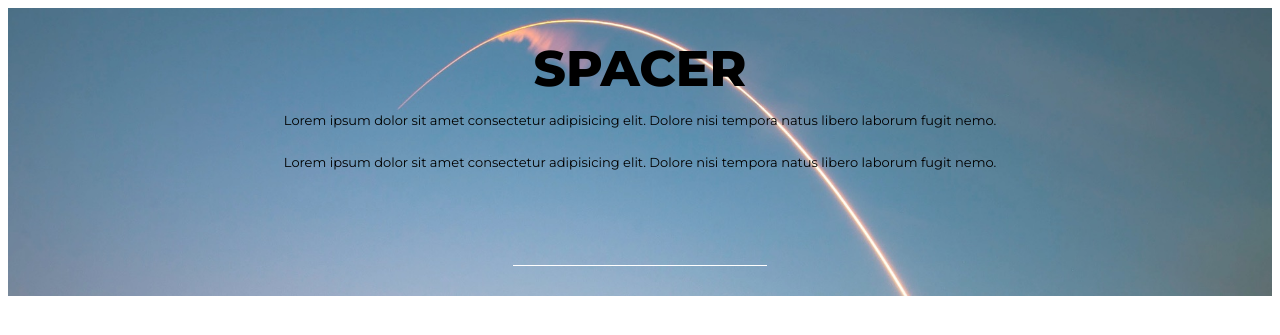
Repository: Trelefele/spacer-roman
Page: /
An editor plug-in stored every save of this project. The page is shown before and after the next save, followed by the edit.
The browser window is 1280 px wide. The pictures show the whole page.
The project was rebuilt for these pictures with package versions that can differ from the ones it lists, and the page was loaded fresh each time.

Above is the page before, as saved 2019-02-03 19:20:02.

### public/index.html
<!DOCTYPE html>
<html lang="en">
  <head>
    <meta charset="utf-8">
    <meta http-equiv="X-UA-Compatible" content="IE=edge">
    <meta name="viewport" content="width=device-width,initial-scale=1.0">
    <link rel="icon" href="<%= BASE_URL %>favicon.ico">
    <!-- <script src="https://unpkg.com/axios/dist/axios.min.js"></script> -->
    <title>spacer-roman</title>
  </head>
  <body>
    <noscript>
      <strong>We're sorry but spacer-roman doesn't work properly without JavaScript enabled. Please enable it to continue.</strong>
    </noscript>
    <div id="app"></div>
    <!-- built files will be auto injected -->
  </body>
</html>

### src/App.vue
<template>
  <div class="app">
    <router-view/>
  </div>
</template>

<style lang="scss" scoped >
@import url('https://fonts.googleapis.com/css?family=Montserrat:300,400,600,800');

* {
  box-sizing: border-box;
  font-family: 'Montserrat', sans-serif;
}

</style>

### src/router.js
import Vue from 'vue';
import Router from 'vue-router';
// import Claim from './components/Claim.vue';
import Search from './views/Search.vue';
// import SearchInput from './components/SearchInput.vue';


Vue.use(Router);

export default new Router({
//   mode: 'history',
//   base: process.env.BASE_URL,
  routes: [
    {
      path: '/',
      name: 'Search',
      component: Search,
    },
  ],
});

### src/views/Search.vue
<template>
  <div class="searchWrapper">
    <Claim/>
    <SearchInput/>
  </div>
</template>

<script>
import axios from 'axios';
import debounce from 'lodash.debounce';
import Claim from '@/components/Claim.vue';
import SearchInput from '@/components/SearchInput.vue';

const API = 'https://images-api.nasa.gov/search';

export default {
  name: 'Search',
  components: {
    Claim,
    SearchInput,
  },
  data() {
    return {
      searchValue: '',
      results: [],
    };
  },
  methods: {
    // eslint-disable-next-line
    handleInput: debounce(function(){
      axios.get(`${API}?q=${this.searchValue}&media_type=image`)
        .then((response) => {
          // this.results = response.data.collection.items;
          this.results = response.data.collection.items;
        })
        .catch((error) => {
          console.log(error);
        });
    }, 500),
  },
};
</script>

<style lang="scss" scoped>
    .searchWrapper {
        display: flex;
        flex-direction: column;
        align-items: center;
        margin: 0;
        padding: 30px;
        width: 100%;
        background-image: url('../assets/heroimage.jpg');
        background-repeat: no-repeat;
        background-size: cover;
    }
</style>

### src/components/Claim.vue
<template>
    <div class="claimWrapper">
        <h1 class="claim">SPACER</h1>
        <p class="subclaim">
            Lorem ipsum dolor sit amet consectetur adipisicing elit.
            Dolore nisi tempora natus libero laborum fugit nemo.
        </p>
        <p class="subclaim">
            Lorem ipsum dolor sit amet consectetur adipisicing elit.
            Dolore nisi tempora natus libero laborum fugit nemo.
        </p>
    </div>
</template>

<script>

export default {
  name: 'Claim',
};

</script>

<style lang="scss" scoped>

* {
  box-sizing: border-box;
  -webkit-font-smoothing: antialiased;
  -moz-osx-font-smoothing: grayscale;
}


.claimWrapper{
    display: flex;
    flex-direction: column;
    justify-content: center;
    align-items: center;
}

.claim{
    font-size: 50px;
    margin: 0;
}

.subclaim{
    padding-top:  0 0 0;
    font-size: 13px;
}
</style>

### src/components/SearchInput.vue
<template>
  <input
    id="search"
    name="search"
    :class="{ dark }"
    @input="handleChange"
  />
</template>
<script>
export default {
  name: 'SearchInput',
  props: {
    // value: {
    //   type: String,
    //   required: true,
    // },
    dark: {
      type: Boolean,
      default: false,
    },
  },
  methods: {
    handleChange(e) {
      this.$emit('input', e.target.value);
    },
  },
};
</script>
<style lang="scss" scoped>
  input {
    margin-top: 50px;
    display: flex;
    width: 250px;
    color: white;
    text-align: center;
    font-size: 18px;
    font-weight: 300;
    height: 30px;
    border: 0;
    background: none;
    border-bottom: 1px solid white;
    transition: box-shadow .3s ease-out;

    @media (min-width: 1024px) {
      font-weight: 400;
    }
  }

  input:focus {
    outline: none;
    box-shadow: 0 10px 20px -8px rgba(255,255,255, .5);
  }

  .dark {
    color: #1e3d4a;
    border-bottom-color: #1e3d4a;
  }

  .dark:focus {
    box-shadow: 0 10px 20px -8px rgba(#1e3d4a, .2);
  }
</style>

Loaded but not shown: src/main.js (common file)

After the next save:
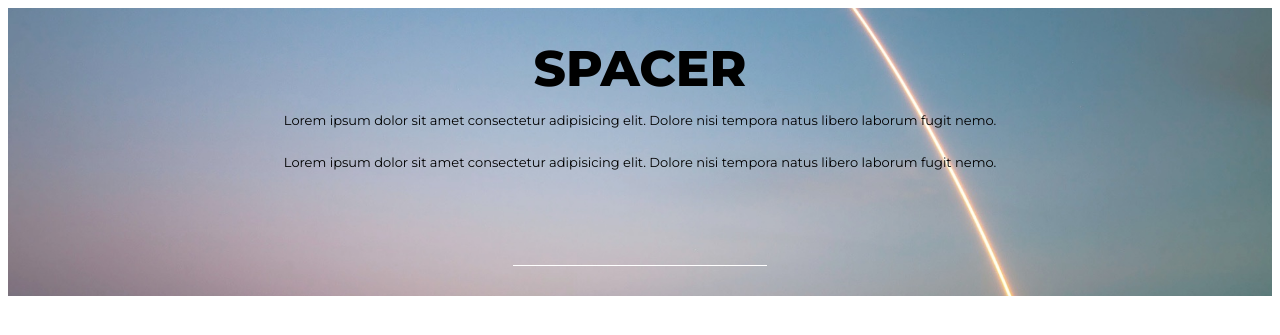
Saved 23 s later.
--- a/src/views/Search.vue
+++ b/src/views/Search.vue
@@ -52,5 +52,6 @@ export default {
         background-image: url('../assets/heroimage.jpg');
         background-repeat: no-repeat;
         background-size: cover;
+        background-position: 80%, 0%;
     }
 </style>
